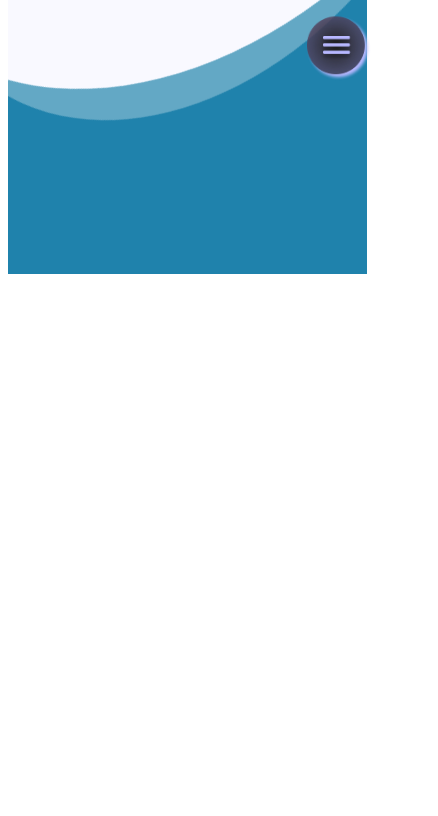
Repository: olivia-sk/MDIA-2109-2106-Big-Project
Page: /11-Disclaimer/disclaimer
The author's editor kept a copy of each file at every save. The page is drawn from the files as they stood at one save, then again after the next save.
The browser window is 375 px wide. The page is 375 px wide, then 438 px, so the pictures cover 438 px, including what lies to the right of the window. The pictures show the whole page.
The project was rebuilt for these pictures with package versions that can differ from the ones it lists, and the page was loaded fresh each time. The framework's server and built-in components were replaced by stand-ins that run in the browser. Also part of the build but not shown: next.config.js, styles/globals.css.

Above is the page before, as saved 2023-04-15 21:21:36.

After the next save:
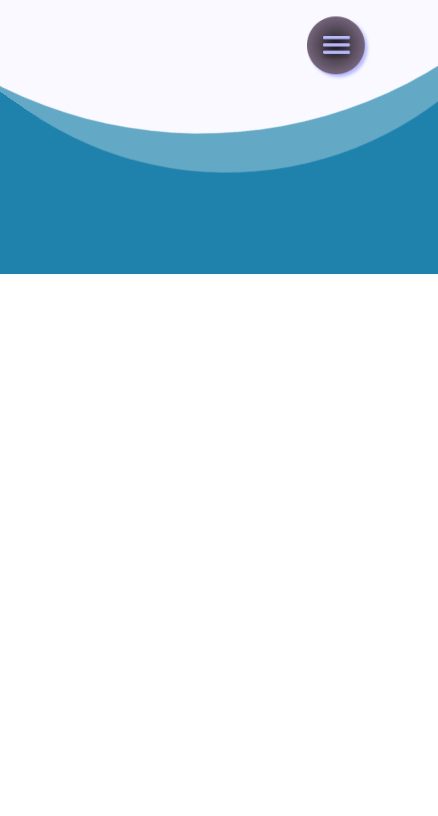
Saved 4 min 11 s later.
--- a/styles/Disclaimer.module.css
+++ b/styles/Disclaimer.module.css
@@ -1,93 +1,72 @@
-
-.parent {
-    display: grid;
-    grid-template-columns: repeat(3, 1fr);
-    grid-column-gap: 0px;
-    grid-row-gap: 0px;
-    height: 100vh;
+.main {
+    display: flex;
+    flex-direction: column;
+    justify-content: space-between;
+    align-items: center;
+    min-height: 100vh;
   }
 
-  .div3 {
-    grid-area:  1 / 2 / 2 / 3;
-    height: 5rem;
-    padding: 10%;
-    width: 18rem;
+  .container {
+    display: flex;
+    flex-direction: column;
+    justify-content: center;
+    align-items: center;
   }
+
   .title {
     display: flex;
     align-items: center;
     justify-content: center;
     font-family: var(--font-title);
     font-size: var(--title-size);
-    /** This is the line that makes the text gradient */
     background-image: var(--radial-text);
     -webkit-background-clip: text;
     background-clip: text;
     color: transparent;
-    /**/
     font-weight: 500;
     text-align: center;
+    margin: 1.5rem;
+    width: 30rem;
+  }
 
+  .content_container {
+    padding: 1rem;
+    background: var(--cream);
+    border: var(--border-radius) solid var(--peach);
+    border-radius: var(--corner-radius);
+    display: flex;
+    flex-direction: column;
+    justify-content: flex-start;
+    align-items: center;
+    z-index: 1;
   }
-  .div1 {
-    grid-area: 2 / 2 / 3 / 3;
-    height: fit-content;
-    justify-content: center;
-    border: solid 10px rgba(255, 218, 185, 1);
-  }
-  .div1 h2 {
-    display: flex;
-    align-items: center;
-    justify-content: center;
-    font-family: var(--font-text);
+
+  .subtitle {
+    text-align: center;
+    font-family: var(--font-subtitle);
     font-size: var(--subtitle-size);
-    /** This is the line that makes the text gradient */
     background-image: var(--radial-text);
     -webkit-background-clip: text;
     background-clip: text;
     color: transparent;
-    /**/
+    font-weight: 500;
+    width: 60vw;
+    margin: 1rem;
+  }
+
+  .description {
     text-align: center;
-    font-weight: 400;
-    padding: 5%;
-
-  }
-  .div1 p {
-    display: flex;
-    align-items: center;
-    justify-content: center;
-    font-family: var(--font-text);
-    font-size: 18px;
+    font-family: var(--font-subtitle);
     background-image: var(--radial-text);
     -webkit-background-clip: text;
     background-clip: text;
     color: transparent;
-    text-align: center;
     font-weight: 400;
-    padding: 5%;
-  }
-  .div2 {
-    grid-area: 3 / 1 / 4 / 4;
-    display: flex;
-    justify-content: center;
-    align-items: center;
-  }
-  .wave {
-    display: flex;
-    justify-content: baseline;
-    align-items: center;
-  }
-  .wave_container {
-    grid-area: 3 / 1 / 4 / 4;
-    display: flex;
-    justify-content: baseline;
-    align-items: center;
-    width: 100%;
-    height: 100%;
-    padding-bottom: 0%;
+    width: 60vw;
+    margin: 1rem;
   }
 
-  /*Button*/
+  /** Button */
   .button {
     display: flex;
     color: rgb(147, 129, 255);
@@ -100,6 +79,14 @@
     align-items: center;
     font-weight: 600;
     font-family: 'Montserrat', sans-serif;
+    margin: 2rem;
+    z-index: 1;
+
+  }
+
+  .wave {
+    position: relative;
+    bottom: 8em;
   }
 
   .link {
@@ -123,3 +110,36 @@
   .button:hover .link {
     color: white; /* This line makes the link text turn white when hovering the button */
   }
+
+  /* Responsive styles */
+  @media (max-width: 375px) {
+    .title {
+      font-size: calc(var(--title-size) * 0.7);
+      width: 35%;
+    }
+
+    .content_container {
+      width: 55%;
+    }
+
+    .subtitle {
+      font-size: calc(var(--subtitle-size) * 0.6);
+      width: 70%;
+      margin: 0.05rem;
+    }
+
+    .description {
+      font-size: calc(var(--subtitle-size) * 0.4);
+      width: 70%;
+    }
+
+    .button {
+      width: 100px;
+      height: 35px;
+      font-size: 0.8em;
+    }
+
+    .wave {
+      bottom: 0em;
+    }
+  }
